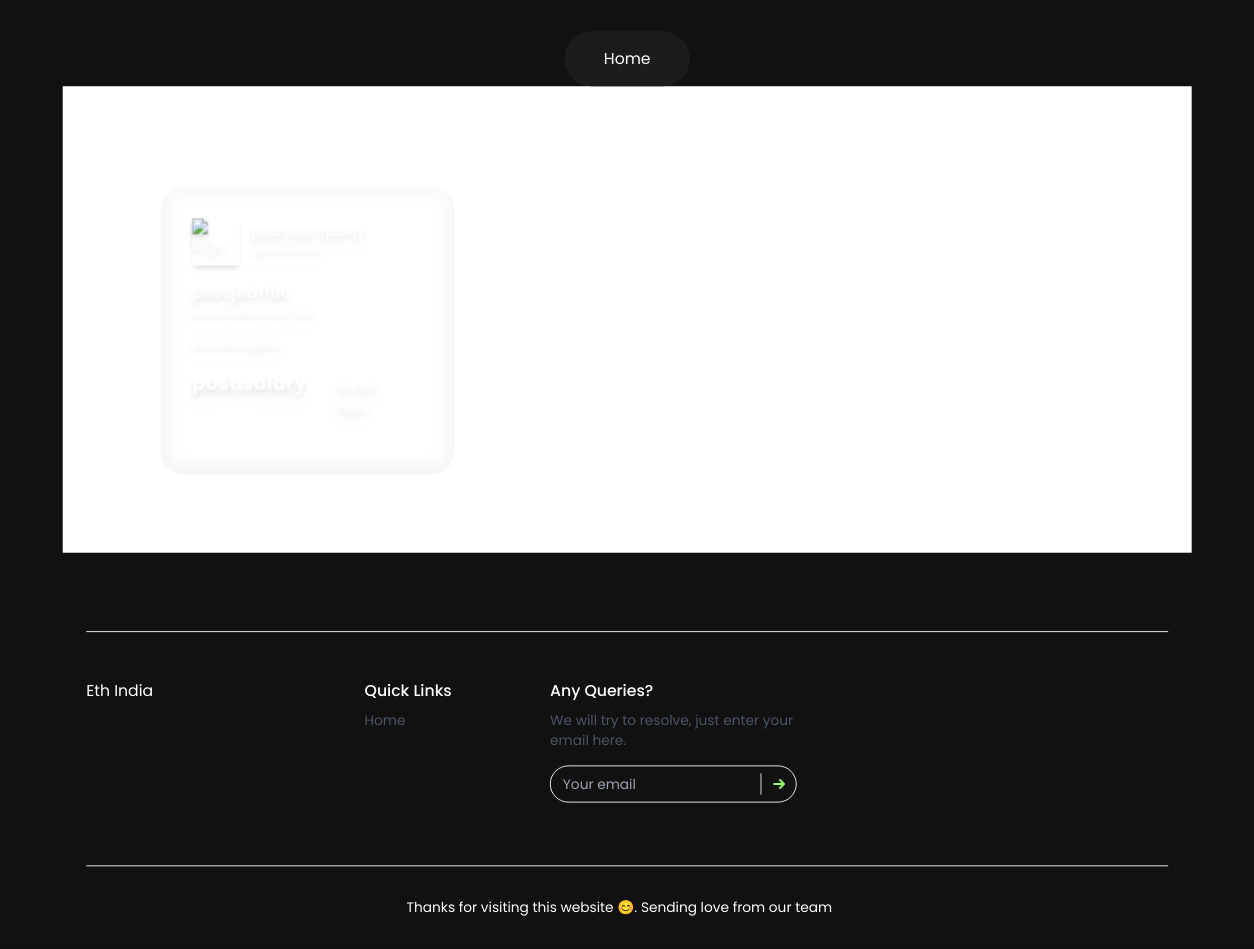
Repository: 0xinit/zkMon
Page: /pickPokemons (app in zkmon-frontend/)
An editor plug-in stored every save of this project. The page is shown before and after the next save, followed by the edit.
The browser window is 1280 px wide. The pictures show the whole page, at 98% of full size.
The project was rebuilt for these pictures with package versions that can differ from the ones it lists, and the page was loaded fresh each time. Also part of the build but not shown: zkmon-frontend/src/pages/Battle.jsx, zkmon-frontend/src/pages/PlayGame.jsx, zkmon-frontend/src/pages/HomePage.jsx.

Above is the page before, as saved 2023-12-09 20:19:33.

After the next save:
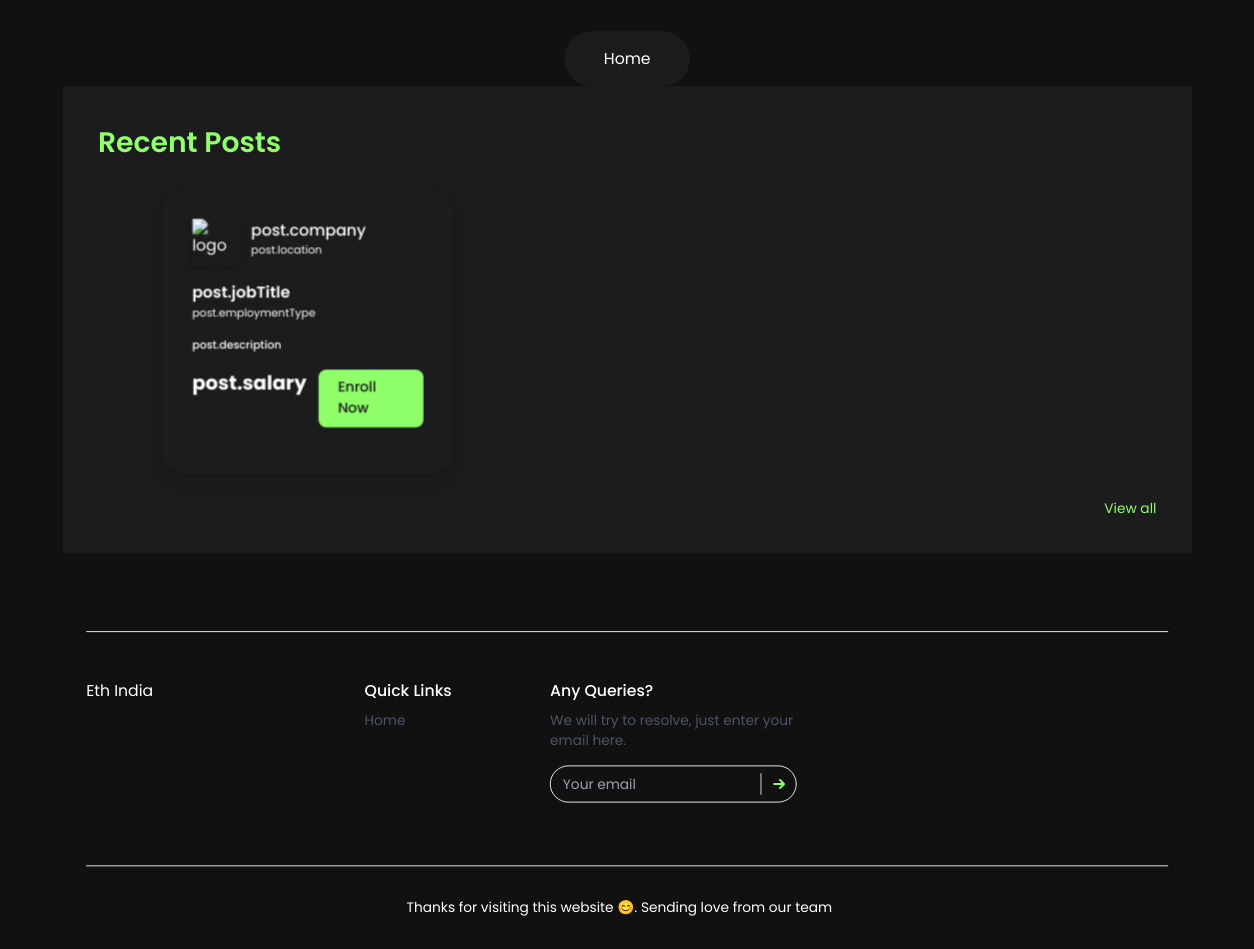
Saved 5 s later.
--- a/zkmon-frontend/src/pages/PickPokemon.jsx
+++ b/zkmon-frontend/src/pages/PickPokemon.jsx
@@ -3,10 +3,10 @@
 
 const PickPokemon = ({}) => {
   return (
-    <div className="w-full bg-[#fff]">
+    <div className="w-full bg-[#1C1C1E]">
       <div className="p-9 h-full">
         <p
-          className="text-[1.8rem] font-semibold"
+          className="text-[1.8rem] font-semibold text-primaryColor"
           style={{ marginBottom: "1.5rem" }}
         >
           <span className="text-lightPrimary">Recent</span> Posts
@@ -15,7 +15,7 @@
         <div className="h-full w-full grid md:grid-cols-4 gap-6 my-6 md:px-16">
           <div
             key=""
-            className="md:w-300 p-8 min-w-260 bg-darkCard backdrop-blur-md rounded-3xl flex flex-col justify-center drop-shadow-lg gap-4 hover:scale-105 transition-all duration-300"
+            className="md:w-300 p-8 min-w-260 bg-cardBg backdrop-blur-md rounded-3xl flex flex-col justify-center drop-shadow-lg gap-4 hover:scale-105 transition-all duration-300"
           >
             {/*<img src="frontend/src/img/free_img.png" alt="corner-image" className="absolute top-0 right-0 w-16 h-16 md:w-20 md:h-20 object-cover"/>*/}
 
@@ -51,7 +51,7 @@
               </p>
 
               <div
-                className="md:text-[0.9rem] text-[0.7rem] rounded-lg bg-lightBgBlue py-2 px-5 text-lightPrimary font-medium hover:shadow-lg duration-100 transition-all ease-in-out cursor-pointer"
+                className="md:text-[0.9rem] text-[0.7rem] rounded-lg bg-primaryColor py-2 px-5 text-cardBg font-medium hover:shadow-lg duration-100 transition-all ease-in-out cursor-pointer"
                 onClick={() => {}}
               >
                 Enroll Now
@@ -59,7 +59,7 @@
             </div>
           </div>
         </div>
-        <p className="md:text-[lg] text-sm text-right text-lightPrimary cursor-pointer hover:text-lightModeTextColor">
+        <p className="md:text-[lg] text-sm text-right text-primaryColor cursor-pointer hover:text-lightModeTextColor">
           View all
         </p>
       </div>
